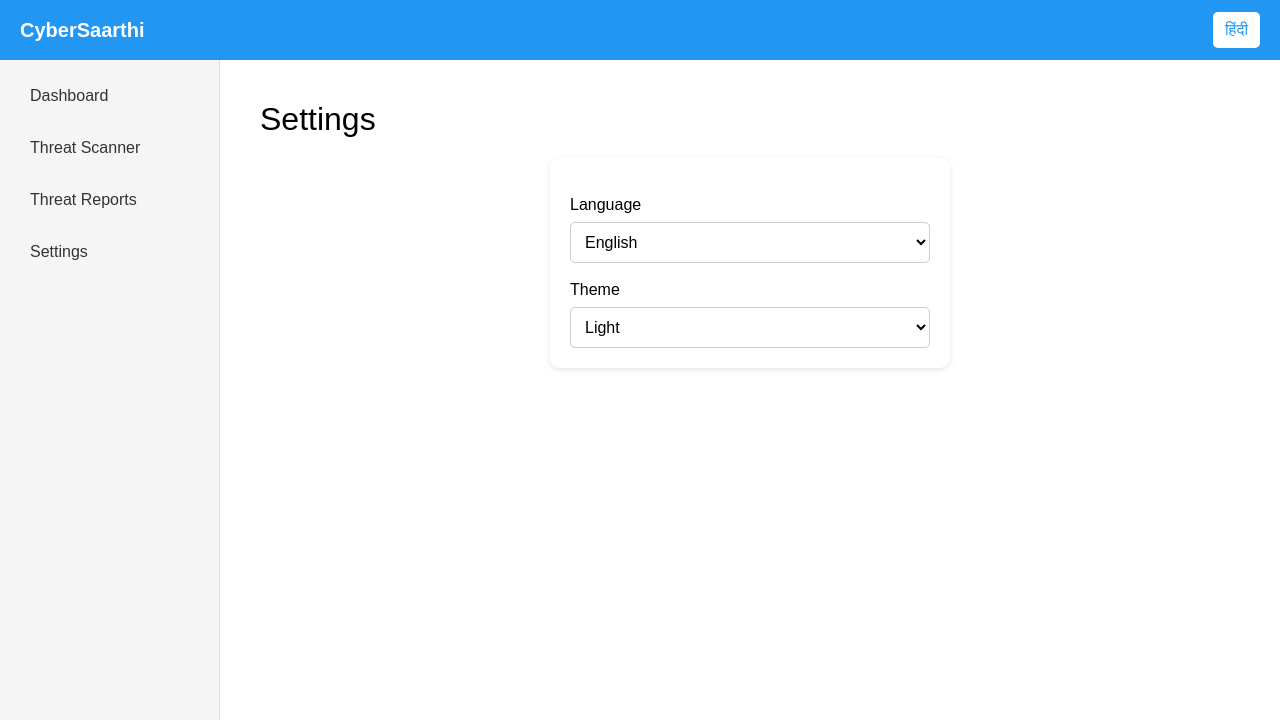
Repository: riyaaaa19/CyberSaarthi
Page: /settings (app in frontend/)
These files come from the project's save history. The page is drawn as it stood at one moment and after the next save; the edit follows.
The browser window is 1280 px wide. The pictures show the whole page.
The project was rebuilt for these pictures with package versions that can differ from the ones it lists, and the page was loaded fresh each time. Also part of the build but not shown: frontend/vite.config.ts, frontend/src/services/api.js, frontend/src/pages/Dashboard.js, frontend/src/pages/Scanner.js, frontend/src/pages/Reports.js.

Above is the page before, as saved 2025-08-21 16:52:43.

### frontend/src/index.js
import React from "react";
import ReactDOM from "react-dom/client";
import App from "./App";
import "bootstrap/dist/css/bootstrap.min.css";
import "./styles/style.css";

const root = ReactDOM.createRoot(document.getElementById("root"));
root.render(<App />);

### frontend/src/App.js
import React from "react";
import { BrowserRouter as Router, Routes, Route, Navigate } from "react-router-dom";
import Navbar from "./components/Navbar";
import Sidebar from "./components/Sidebar";
import Dashboard from "./pages/Dashboard";
import Scanner from "./pages/Scanner";
import Reports from "./pages/Reports";
import Settings from "./pages/Settings";
import { ThemeLangProvider } from "./ThemeLangContext";  // ✅ Import provider

function App() {
  const layoutStyle = { display: "flex" };
  const contentStyle = { marginLeft: "220px", flex: 1, padding: "20px" };

  return (
    <ThemeLangProvider>
      <Router>
        <Navbar />
        <div style={layoutStyle}>
          <Sidebar />
          <div style={contentStyle}>
            <Routes>
              <Route path="/" element={<Navigate to="/dashboard" />} />
              <Route path="/dashboard" element={<Dashboard />} />
              <Route path="/scanner" element={<Scanner />} />
              <Route path="/reports" element={<Reports />} />
              <Route path="/settings" element={<Settings />} />
            </Routes>
          </div>
        </div>
      </Router>
    </ThemeLangProvider>
  );
}

export default App;

### frontend/src/styles/style.css
body {
  font-family: 'Poppins', sans-serif;
  background: #f8f9fa;
}
.sidebar {
  width: 250px;
  background: #fff;
  min-height: 100vh;
}
.nav-link.active {
  background-color: #0d6efd !important;
  color: #fff !important;
}

### frontend/src/components/Navbar.js
import React from "react";
import { t, setLang } from "../i18n";

function Navbar() {
  const barStyle = {
    display: "flex",
    justifyContent: "space-between",
    alignItems: "center",
    padding: "12px 20px",
    background: "#2196f3",
    color: "white",
    position: "sticky",
    top: 0,
    zIndex: 1000
  };

  const brandStyle = { fontSize: "20px", fontWeight: "bold" };

  const toggleLang = () => {
    const current = localStorage.getItem("LANG") || "en";
    const newLang = current === "en" ? "hi" : "en";
    setLang(newLang); // reloads app with new lang
  };

  return (
    <nav style={barStyle}>
      <div style={brandStyle}>{t("app.title")}</div>
      <button
        onClick={toggleLang}
        style={{
          padding: "6px 12px",
          background: "white",
          color: "#2196f3",
          border: "none",
          borderRadius: "5px",
          cursor: "pointer"
        }}
      >
        {localStorage.getItem("LANG") === "hi" ? "EN" : "हिंदी"}
      </button>
    </nav>
  );
}

export default Navbar;

### frontend/src/components/Sidebar.js
import React from "react";
import { NavLink } from "react-router-dom";
import { t } from "../i18n";

function Sidebar() {
  const sidebarStyle = {
    width: "220px",
    background: "#f5f5f5",
    height: "100vh",
    padding: "20px",
    position: "fixed",
    top: 0,
    left: 0,
    overflowY: "auto",
    borderRight: "1px solid #ddd"
  };

  const linkStyle = {
    display: "block",
    padding: "10px",
    marginBottom: "8px",
    color: "#333",
    textDecoration: "none",
    borderRadius: "5px"
  };

  const activeStyle = {
    background: "#2196f3",
    color: "white"
  };

  return (
    <div style={sidebarStyle}>
      <h3 style={{ marginBottom: "20px" }}>Menu</h3>
      <NavLink to="/dashboard" style={linkStyle} activeStyle={activeStyle}>{t("dashboard.title")}</NavLink>
      <NavLink to="/scanner" style={linkStyle} activeStyle={activeStyle}>{t("scanner.title")}</NavLink>
      <NavLink to="/reports" style={linkStyle} activeStyle={activeStyle}>{t("reports.title")}</NavLink>
      <NavLink to="/settings" style={linkStyle} activeStyle={activeStyle}>{t("settings.title")}</NavLink>
    </div>
  );
}

export default Sidebar;

### frontend/src/pages/Settings.js
import React, { useContext } from "react";
import { t } from "../i18n";
import { ThemeLangContext } from "../ThemeLangContext";

function Settings() {
  const { theme, setTheme, lang, setLang } = useContext(ThemeLangContext);

  const boxStyle = {
    background: theme === "dark" ? "#1e1e1e" : "#fff",
    color: theme === "dark" ? "#f5f5f5" : "#000",
    padding: "20px",
    borderRadius: "10px",
    maxWidth: "400px",
    margin: "20px auto",
    boxShadow: "0 2px 6px rgba(0,0,0,0.1)"
  };

  const labelStyle = { display: "block", margin: "15px 0 5px" };
  const selectStyle = {
    width: "100%",
    padding: "10px",
    border: "1px solid #ccc",
    borderRadius: "5px",
    background: theme === "dark" ? "#2c2c2c" : "#fff",
    color: theme === "dark" ? "#f5f5f5" : "#000"
  };

  return (
    <div style={{ padding: "20px" }}>
      <h2>{t("settings.title")}</h2>
      <div style={boxStyle}>
        {/* Language Selector */}
        <label style={labelStyle}>{t("settings.lang")}</label>
        <select value={lang} onChange={(e) => setLang(e.target.value)} style={selectStyle}>
          <option value="en">English</option>
          <option value="hi">हिन्दी</option>
        </select>

        {/* Theme Selector */}
        <label style={labelStyle}>Theme</label>
        <select value={theme} onChange={(e) => setTheme(e.target.value)} style={selectStyle}>
          <option value="light">Light</option>
          <option value="dark">Dark</option>
        </select>
      </div>
    </div>
  );
}

export default Settings;

### frontend/src/ThemeLangContext.js
import React, { createContext, useState, useEffect } from "react";

export const ThemeLangContext = createContext();

export const ThemeLangProvider = ({ children }) => {
  const [theme, setTheme] = useState(localStorage.getItem("THEME") || "light");
  const [lang, setLang] = useState(localStorage.getItem("LANG") || "en");

  // Save theme persistently
  useEffect(() => {
    localStorage.setItem("THEME", theme);
    document.body.style.background = theme === "dark" ? "#121212" : "#fff";
    document.body.style.color = theme === "dark" ? "#f5f5f5" : "#000";
  }, [theme]);

  // Save language persistently
  useEffect(() => {
    localStorage.setItem("LANG", lang);
  }, [lang]);

  return (
    <ThemeLangContext.Provider value={{ theme, setTheme, lang, setLang }}>
      {children}
    </ThemeLangContext.Provider>
  );
};

### frontend/src/i18n.js
const MESSAGES = {
  en: {
    "app.title": "CyberSaarthi",

    // Email Scanner
    "email.safe": "Email appears safe.",
    "email.susp": "Suspicious indicators found (possible phishing).",
    "email.mal": "High-risk indicators found (likely phishing).",

    // Invoice Scanner
    "invoice.safe": "Invoice looks consistent.",
    "invoice.susp": "Suspicious invoice indicators found.",
    "invoice.mal": "Likely fraudulent invoice detected.",
    "invoice.upload": "Upload invoice file (PDF/image)",
    "invoice.paste": "Or paste invoice text",
    "invoice.scanText": "Scan Text",

    // Dashboard
    "dashboard.title": "Dashboard",
    "dashboard.total": "Total Scans",
    "dashboard.susp": "Suspicious",
    "dashboard.mal": "Malicious",

    // Reports
    "reports.title": "Threat Reports",

    // Scanner
    "scanner.title": "Threat Scanner",
    "scanner.emailTab": "Email",
    "scanner.invoiceTab": "Invoice",

    // Settings
    "settings.title": "Settings",
    "settings.apiBase": "API Base URL",
    "settings.apiKey": "API Key (x-api-key header)",
    "settings.lang": "Language",
    "settings.theme": "Theme",
    "settings.light": "Light",
    "settings.dark": "Dark",
    "settings.notifications": "Enable Notifications",
    "settings.save": "Save",
    "settings.saved": "Settings saved successfully!"
  },

  hi: {
    "app.title": "साइबर सारथी",

    // Email Scanner
    "email.safe": "ईमेल सुरक्षित प्रतीत होता है।",
    "email.susp": "संदिग्ध संकेत मिले (संभावित फ़िशिंग)।",
    "email.mal": "उच्च जोखिम संकेत (संभावित फ़िशिंग)।",

    // Invoice Scanner
    "invoice.safe": "इनवॉइस सही लगता है।",
    "invoice.susp": "इनवॉइस में संदिग्ध संकेत मिले।",
    "invoice.mal": "संभावित धोखाधड़ी वाला इनवॉइस।",
    "invoice.upload": "इनवॉइस फ़ाइल अपलोड करें (PDF/इमेज)",
    "invoice.paste": "या इनवॉइस टेक्स्ट पेस्ट करें",
    "invoice.scanText": "टेक्स्ट स्कैन करें",

    // Dashboard
    "dashboard.title": "डैशबोर्ड",
    "dashboard.total": "कुल स्कैन",
    "dashboard.susp": "संदिग्ध",
    "dashboard.mal": "हानिकारक",

    // Reports
    "reports.title": "खतरा रिपोर्ट",

    // Scanner
    "scanner.title": "खतरा स्कैनर",
    "scanner.emailTab": "ईमेल",
    "scanner.invoiceTab": "इनवॉइस",

    // Settings
    "settings.title": "सेटिंग्स",
    "settings.apiBase": "API बेस URL",
    "settings.apiKey": "API कुंजी (x-api-key हेडर)",
    "settings.lang": "भाषा",
    "settings.theme": "थीम",
    "settings.light": "हल्की",
    "settings.dark": "गहरी",
    "settings.notifications": "सूचनाएं सक्षम करें",
    "settings.save": "सहेजें",
    "settings.saved": "सेटिंग्स सफलतापूर्वक सहेजी गईं!"
  }
};

export function t(key) {
  const lang = window.localStorage.getItem("LANG") || "en";
  return MESSAGES[lang]?.[key] || key;
}

export function setLang(lang) {
  window.localStorage.setItem("LANG", lang);
  window.location.reload();
}

Loaded but not shown: frontend/public/index.html (common file)

After the next save:
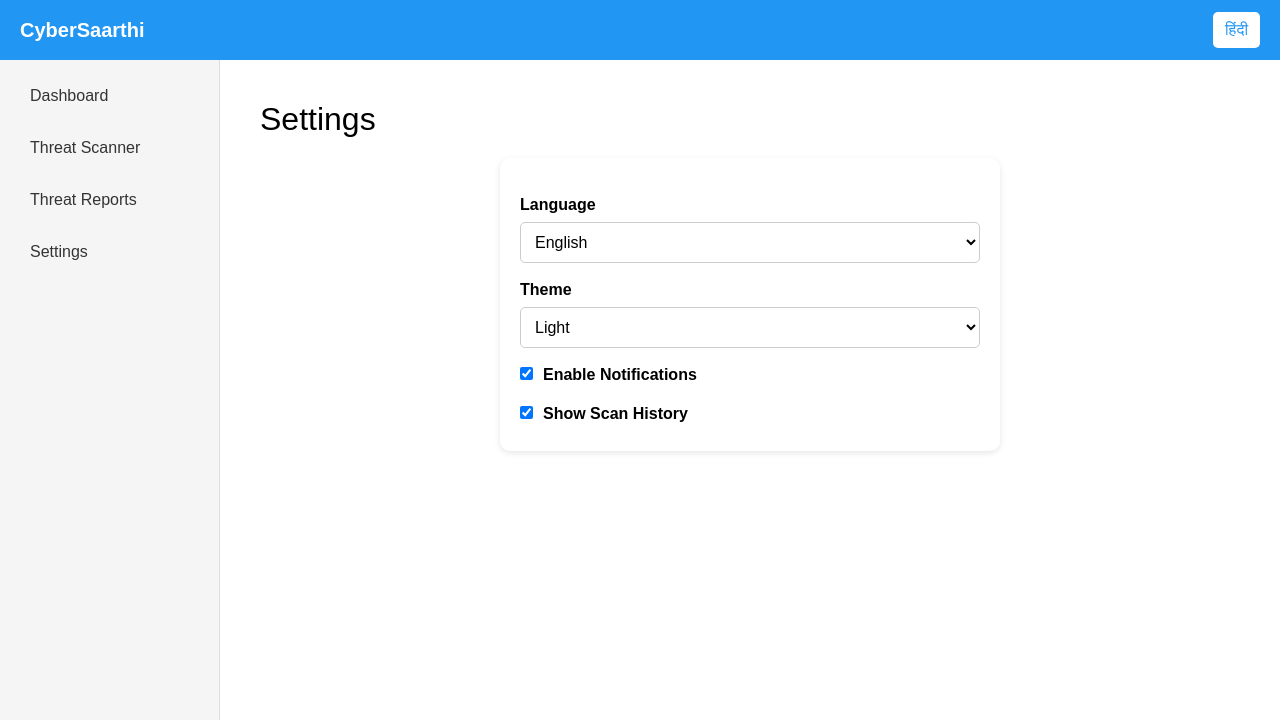
Saved 13 s later.
--- a/frontend/src/pages/Settings.js
+++ b/frontend/src/pages/Settings.js
@@ -1,21 +1,23 @@
-import React, { useContext } from "react";
+import React, { useContext, useState } from "react";
 import { t } from "../i18n";
 import { ThemeLangContext } from "../ThemeLangContext";
 
 function Settings() {
   const { theme, setTheme, lang, setLang } = useContext(ThemeLangContext);
+  const [notifications, setNotifications] = useState(true);
+  const [showHistory, setShowHistory] = useState(true);
 
   const boxStyle = {
     background: theme === "dark" ? "#1e1e1e" : "#fff",
     color: theme === "dark" ? "#f5f5f5" : "#000",
     padding: "20px",
     borderRadius: "10px",
-    maxWidth: "400px",
+    maxWidth: "500px",
     margin: "20px auto",
     boxShadow: "0 2px 6px rgba(0,0,0,0.1)"
   };
 
-  const labelStyle = { display: "block", margin: "15px 0 5px" };
+  const labelStyle = { display: "block", margin: "15px 0 5px", fontWeight: "bold" };
   const selectStyle = {
     width: "100%",
     padding: "10px",
@@ -24,6 +26,7 @@ function Settings() {
     background: theme === "dark" ? "#2c2c2c" : "#fff",
     color: theme === "dark" ? "#f5f5f5" : "#000"
   };
+  const checkboxStyle = { marginRight: "10px" };
 
   return (
     <div style={{ padding: "20px" }}>
@@ -42,6 +45,28 @@ function Settings() {
           <option value="light">Light</option>
           <option value="dark">Dark</option>
         </select>
+
+        {/* Notifications */}
+        <label style={labelStyle}>
+          <input
+            type="checkbox"
+            checked={notifications}
+            onChange={() => setNotifications(!notifications)}
+            style={checkboxStyle}
+          />
+          Enable Notifications
+        </label>
+
+        {/* Privacy / History */}
+        <label style={labelStyle}>
+          <input
+            type="checkbox"
+            checked={showHistory}
+            onChange={() => setShowHistory(!showHistory)}
+            style={checkboxStyle}
+          />
+          Show Scan History
+        </label>
       </div>
     </div>
   );
